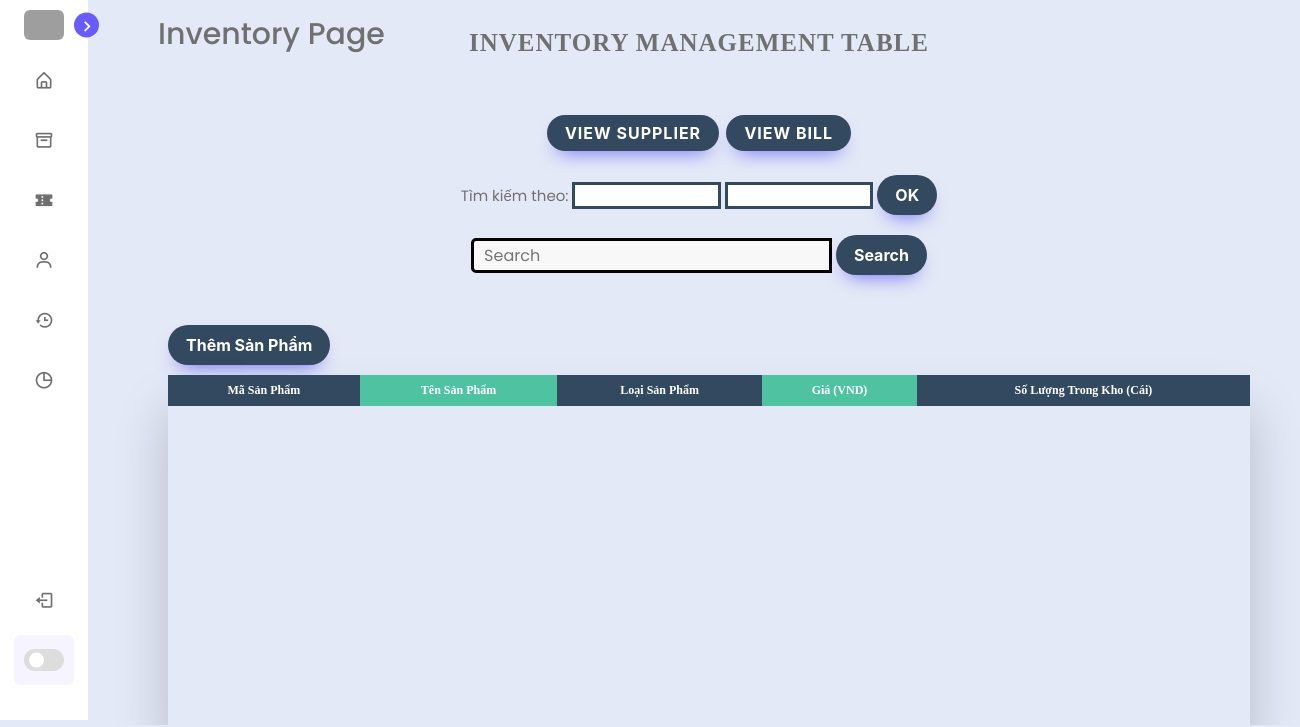
Repository: JeffDaveHudson/CapstoneProject
Page: http://localhost/CapstoneProject/inventory
The author's editor kept a copy of each file at every save. The page is drawn from the files as they stood at one save, then again after the next save.
The browser window is 1280 px wide. The page is 1300 px wide, so the pictures cover 1300 px, including what lies to the right of the window. The pictures show the whole page.
Pictures or frames that could not be fetched are drawn as grey boxes. The page is served by Tomcat 9.

Above is the page before, as saved 2023-05-25 04:49:22.

After the next save:
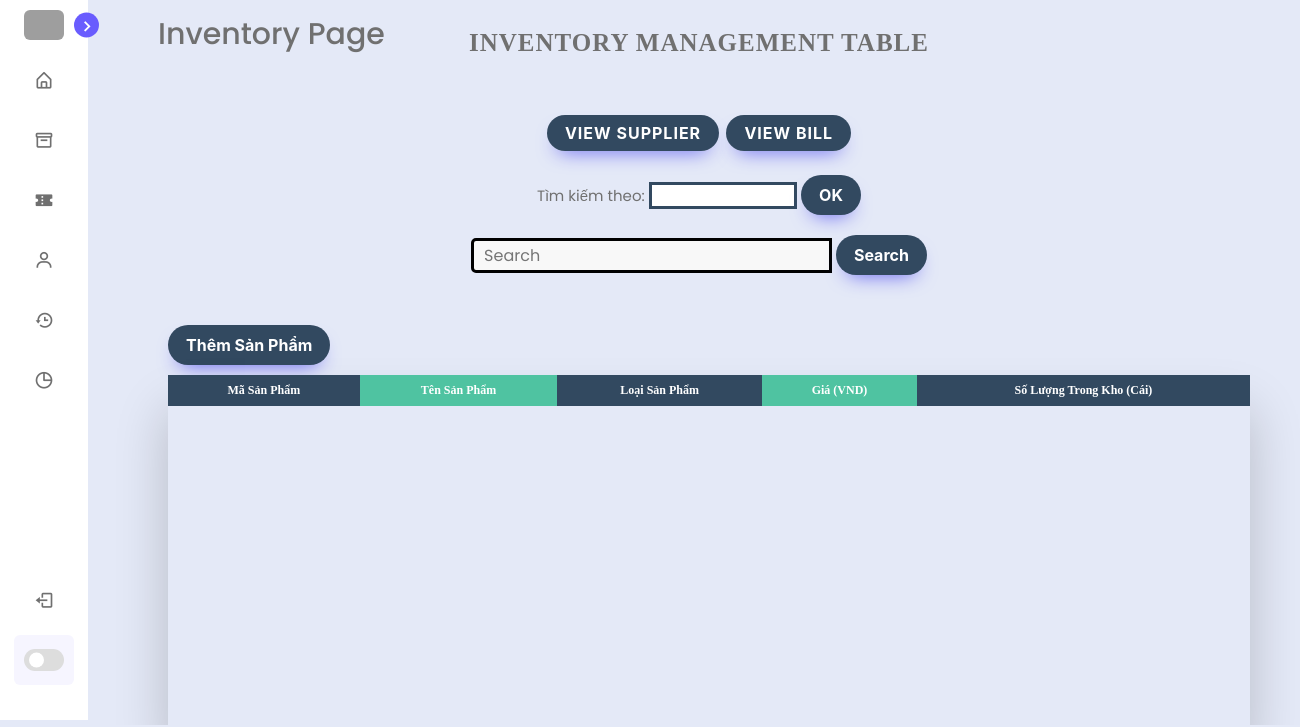
Saved 2 min 22 s later.
--- a/CapstoneProject/src/main/webapp/admin/Inventory.jsp
+++ b/CapstoneProject/src/main/webapp/admin/Inventory.jsp
@@ -39,11 +39,11 @@
   											<option value ="${producttypelist.id }">${producttypelist.productType }</option>
       									</c:forEach>
     								</select>
-    								<select name="inventorySupplierClicked" class="select">
+    								<%-- <select name="inventorySupplierClicked" class="select">
     									<c:forEach items="${supplierList}" var="supplierlist">
   											<option value="${supplierlist.id }">${supplierlist.supplierName }</option>
       									</c:forEach>
-    								</select>
+    								</select> --%>
     								<button class = "button-search" type = "submit">OK</button>
     	</form:form>
         <form:form id="form2" action="inventorysearch">
